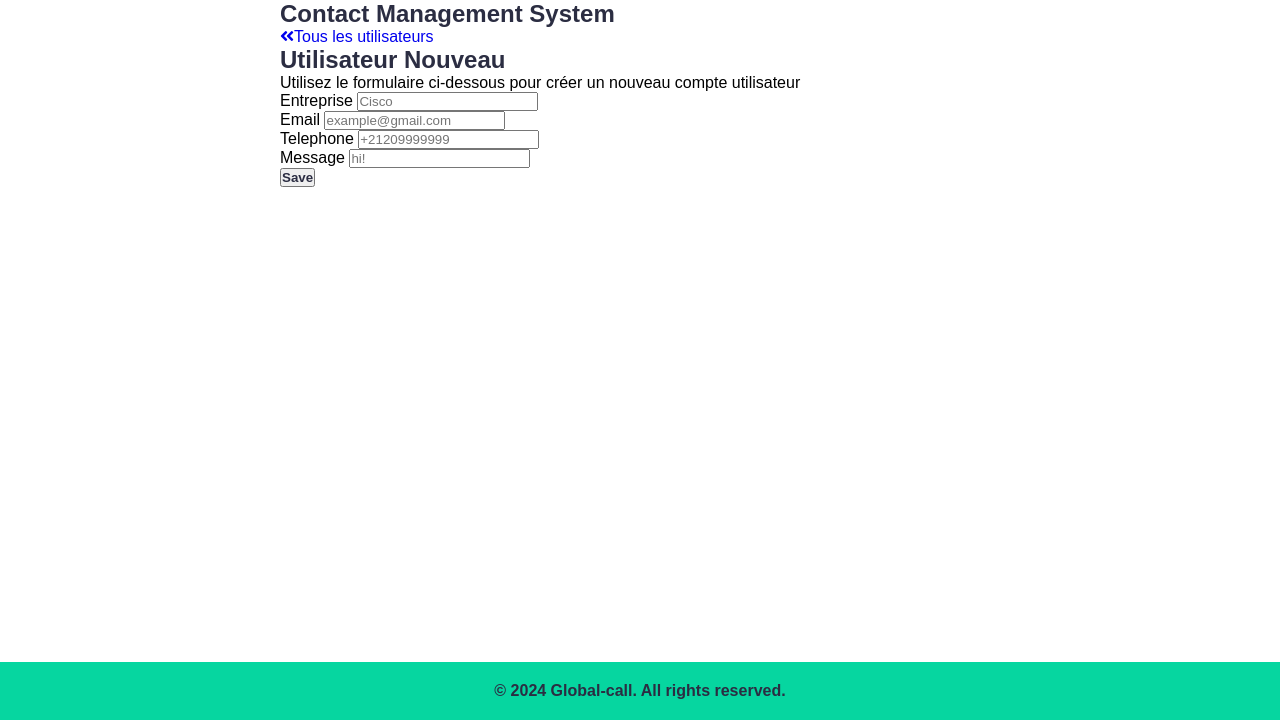
Repository: mohamed-makrani/Global_Development_Service_DBMS
Page: views/add_user.ejs
An editor plug-in stored every save of this project. The page is shown before and after the next save, followed by the edit.
The browser window is 1280 px wide. The pictures show the whole page.
Some web fonts or font styles are not loaded; a fallback is used. The page is served by the project's Node server (DBMS/server.js). The template is opened directly, without the code that normally fills it, so the values that code supplies are empty.

Above is the page before, as saved 2024-04-21 16:21:59.

### views/add_user.ejs
<!-- include header -->
<%- include('include/_header') %>
<!-- include header -->

<!-- Main Site -->
<main id="site-main">
  <div class="container">
    <div class="box-nav d-flex justify-between">
      <div class="filter">
        <a href="/"
          ><i class="fas fa-angle-double-left"></i>Tous les utilisateurs</a
        >
      </div>
    </div>

    <div class="form-title text-center">
      <h2 class="text-dark">Utilisateur Nouveau</h2>
      <span class="text-light"
        >Utilisez le formulaire ci-dessous pour créer un nouveau compte
        utilisateur</span
      >
    </div>
    <%- include('include/_form') %>
  </div>
</main>
<!-- /Main Site -->

<!-- include footer -->
<%- include('include/_footer') %>
<!-- /include footer -->

### views/include/_header.ejs
<!DOCTYPE html>
<html lang="en">
  <head>
    <meta charset="UTF-8" />
    <meta name="viewport" content="width=device-width, initial-scale=1.0" />
    <title>Management System</title>

    <link
      rel="stylesheet"
      href="https://cdnjs.cloudflare.com/ajax/libs/font-awesome/5.15.1/css/all.min.css"
      integrity="sha512-+4zCK9k+qNFUR5X+cKL9EIR+ZOhtIloNl9GIKS57V1MyNsYpYcUrUeQc9vNfzsWfV28IaLL3i96P9sdNyeRssA=="
      crossorigin="anonymous"
    />
    <link rel="stylesheet" href="css/style.css" />
  </head>
  <body>
    <!-- Header -->
    <header id="header">
      <nav>
        <div class="container">
          <div class="text-center">
            <a href="/" class="nav-brand text-dark">
              Contact Management System
            </a>
          </div>
        </div>
      </nav>
    </header>
    <!-- /Header -->
  </body>
</html>

### views/include/_form.ejs
<!-- form handling -->
<form action="/api/users" method="POST" id="add_user">
  <div class="new_user">
    <div class="form-group">
      <label for="entreprise" class="text-light">Entreprise</label>
      <input type="hidden" name="id" value="" />
      <input type="text" name="entreprise" value="" placeholder="Cisco" />
    </div>
    <div class="form-group">
      <label for="Email" class="text-light">Email</label>
      <input
        type="text"
        name="email"
        value=""
        placeholder="example@gmail.com"
      />
    </div>

    <div class="form-group">
      <label for="telephone" class="text-light">Telephone</label>
      <input type="text" name="telephone" value="" placeholder="+21209999999" />
    </div>

    <div class="form-group">
      <label for="message" class="text-light">Message</label>
      <input type="text" name="message" value="" placeholder="hi!" />
    </div>

    <div class="form-group">
      <button type="submit" class="btn text-dark update">Save</button>
    </div>
  </div>
</form>

### views/include/_footer.ejs
<!DOCTYPE html>
<html lang="en">
  <head>
    <meta charset="UTF-8" />
    <meta name="viewport" content="width=device-width, initial-scale=1.0" />
    <style>
      /* Existing CSS styles */
      /* Include your CSS files or styles here */
      body {
        text-decoration: none;
        font-family: "PT Sans", sans-serif;
      }

      /* New CSS rules */
      .text-dark {
        color: var(--dark);
        font-weight: bold; /* Added bold font weight */
      }

      /* CSS styles for the footer */
      footer {
        background-color: #06d6a0;
        color: #fff;
        padding: 20px 0;
        text-align: center;
        position: fixed;
        bottom: 0;
        width: 100%;
      }

      .container {
        max-width: 720px;
        margin: auto;
      }

      .container p {
        margin: 0;
        font-size: 1em;
      }
    </style>
  </head>
  <body>
    <!-- Your existing content goes here -->
    <script
      src="https://cdnjs.cloudflare.com/ajax/libs/jquery/3.5.1/jquery.min.js"
      integrity="sha512-bLT0Qm9VnAYZDflyKcBaQ2gg0hSYNQrJ8RilYldYQ1FxQYoCLtUjuuRuZo+fjqhx/qtq/1itJ0C2ejDxltZVFg=="
      crossorigin="anonymous"
    ></script>
    <script src="/js/index.js"></script>

    <!-- Footer -->
    <footer>
      <div class="container">
        <p class="text-dark">© 2024 Global-call. All rights reserved.</p>
      </div>
    </footer>
  </body>
</html>

### DBMS/server.js
const express = require('express');
const dotenv = require('dotenv');
const morgan = require('morgan');
const bodyparser = require("body-parser");
const path = require('path');

const app = express();

dotenv.config( { path : 'config.env'} )

const PORT = process.env.PORT || 8080

// log requests
app.use(morgan('tiny'));

// parse request to body-parser
app.use(bodyparser.urlencoded({ extended : true}))

// set view engine
app.set("view engine", "ejs")
//app.set("views", path.resolve(__dirname, "views/ejs"))

// load assets
app.use('/css', express.static(path.resolve(__dirname, "assets/css")))
app.use('/img', express.static(path.resolve(__dirname, "assets/img")))
app.use('/js', express.static(path.resolve(__dirname, "assets/js")))


app.get('/', (req, res) => {
  res.send("it's me, the app");
});

app.listen(PORT, () => {
    console.log(`server is running on port ${PORT}`);
  });

### DBMS/assets/css/style.css
@import url('https://fonts.googleapis.com/css2?family=Barlow&family=PT+Sans&display=swap');

:root{
    --dark: #2b2d42;
    --light: #adb5bd;
    --border: #dee2e6;
    --border-btn: #edf2f4;
}

* {
    padding: 0;
    margin: 0;
    box-sizing: border-box;
}

a {
    text-decoration: none;
    font-family: 'PT Sans', sans-serif;
}

.container{
    max-width: 500px;
    margin: auto;
}
.nav-brand{
    font-size: 1.5em;
    font-weight: bold;
}

.justify-between{
    justify-content: space-between;
}

Loaded but not shown: DBMS/assets/js/index.js (no copy from this time; the picture is the same without it)

After the next save:
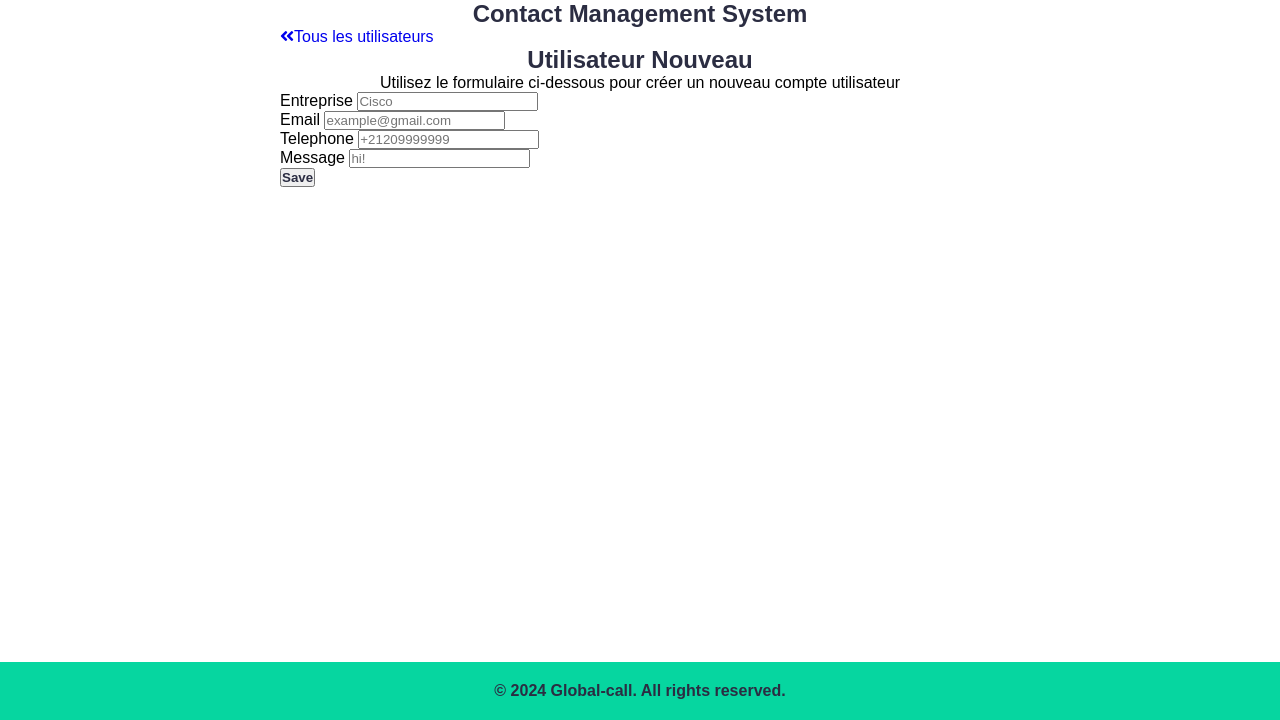
Saved 25 h 4 min later.
--- a/DBMS/assets/css/style.css
+++ b/DBMS/assets/css/style.css
@@ -19,14 +19,24 @@ a {
 }
 
 .container{
-    max-width: 500px;
+    max-width: 1024px;
     margin: auto;
 }
+
 .nav-brand{
     font-size: 1.5em;
     font-weight: bold;
 }
 
+.d-flex{
+    display: flex;
+    flex-wrap: wrap;
+}
+
 .justify-between{
     justify-content: space-between;
 }
+
+.text-center{
+    text-align: center;
+}
